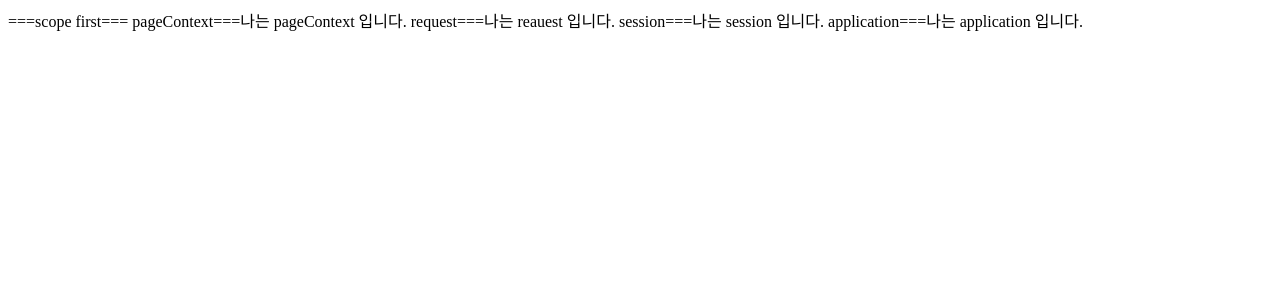
Repository: kimseunghyo/lecture-jsp
Page: http://localhost/jsp02/first.jsp
An editor plug-in stored every save of this project. The page is shown before and after the next save, followed by the edit.
The browser window is 1280 px wide. The pictures show the whole page.
The page is served by Tomcat 9.

Above is the page before, as saved 2023-03-03 03:17:29.

After the next save:
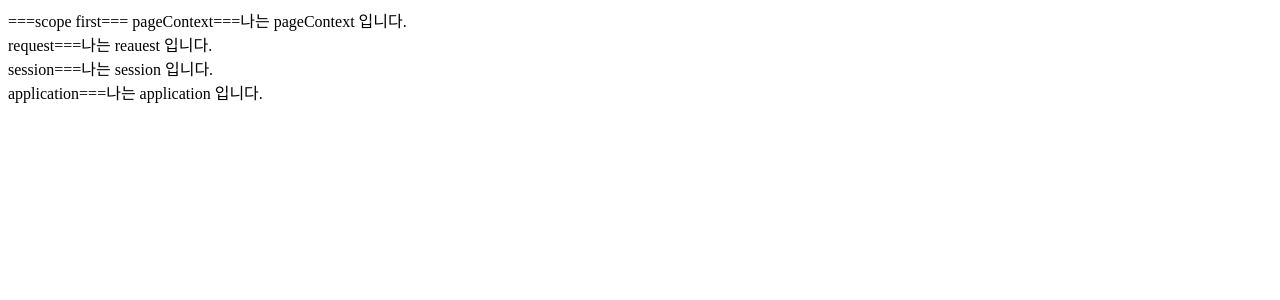
Saved 54 s later.
--- a/jsp02/src/main/webapp/first.jsp
+++ b/jsp02/src/main/webapp/first.jsp
@@ -14,9 +14,9 @@
 	application.setAttribute("name", "나는 application 입니다."); // 서버 종료시까지 유지
 
 	out.println("===scope first===");
-	out.println("pageContext===" + pageContext.getAttribute("name"));
-	out.println("request===" + request.getAttribute("name"));
-	out.println("session===" + session.getAttribute("name"));
+	out.println("pageContext===" + pageContext.getAttribute("name") + "<br>");
+	out.println("request===" + request.getAttribute("name") + "<br>");
+	out.println("session===" + session.getAttribute("name") + "<br>");
 	out.println("application===" + application.getAttribute("name"));
 	%>
 </body>
